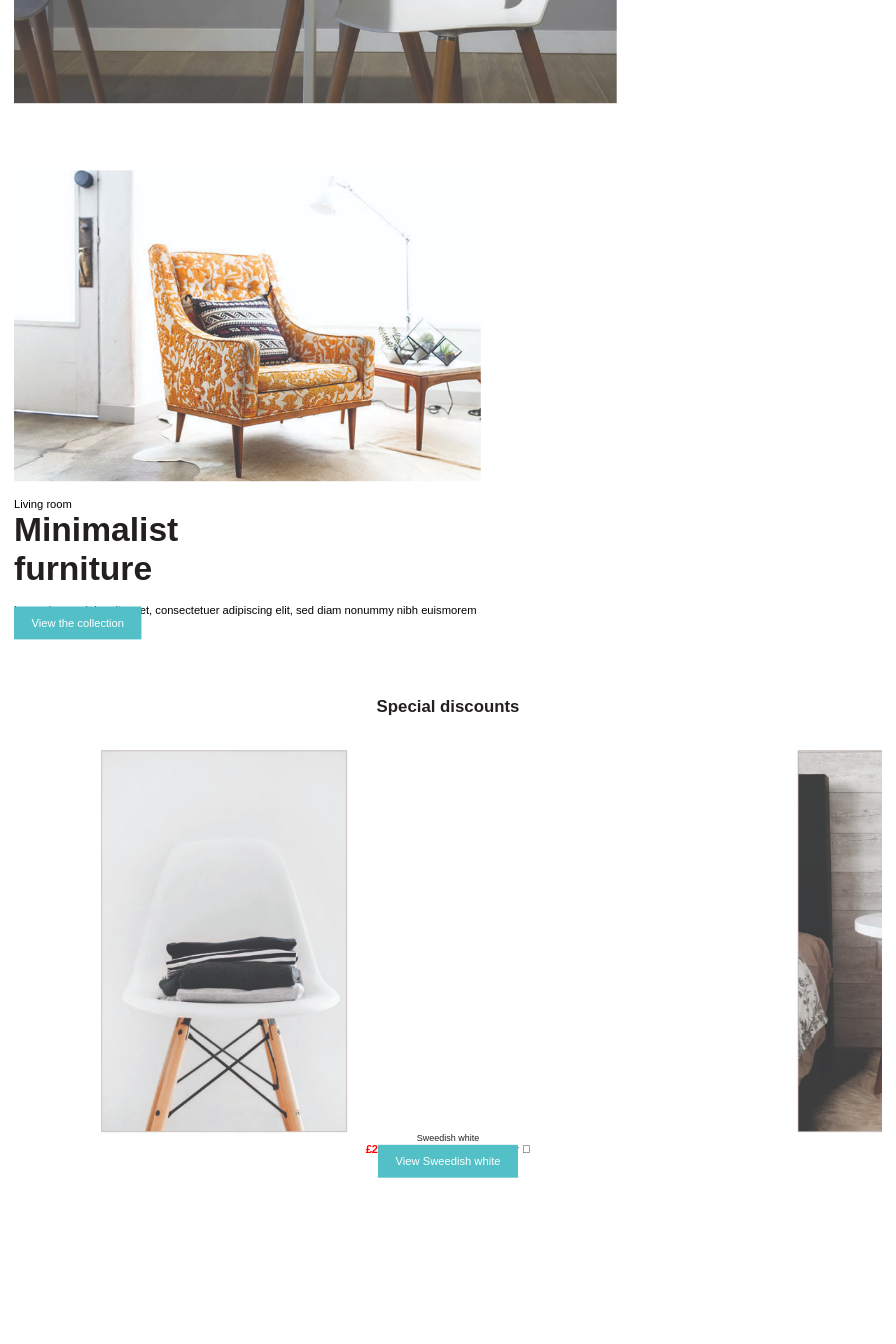
Repository: dinhhaidh/republic-web
Page: index.html
An editor plug-in stored every save of this project. The page is shown before and after a run of saves, followed by the edit.
The browser window is 1280 px wide. The pictures show the part of the page from y = 1038 to 2958 px (the page is 2958 px tall), at 70% of full size.
Some web fonts or font styles are not loaded; a fallback is used. Some web libraries are served in a nearby version.

Above is the page before, as saved 2024-01-24 19:12:26.

### index.html
<!DOCTYPE html>
<html lang="en">
<head>
    <meta charset="UTF-8">
    <meta name="viewport" content="width=device-width, initial-scale=1.0">

    <!--=============== FAVICON ===============-->
    <link rel="shortcut icon" href="assets/img/favicon.png" type="image/x-icon">

    <!--=============== REMIXICONS ===============-->
    <link rel="stylesheet" href="https://cdn.jsdelivr.net/npm/remixicon@4.1.0/fonts/remixicon.min.css">

    <link
    rel="stylesheet"
    href="https://cdn.jsdelivr.net/npm/swiper@11/swiper-bundle.min.css"
  />

    <!--=============== CSS ===============-->
    <link rel="stylesheet" href="style.css">

    <title>Responsive </title>
</head>
<body>
    <!--==================== HEADER ====================-->
    <header class="header" id="header">
        <nav class="nav container">
            <a href="#" class="nav__logo">
                <img src="./img/logo.jpg" alt="image" class="nav__img">
            </a>
            <div class="nav__menu" id="nav-menu">
                <ul class="nav__list">
                    <li class="nav__item">
                        <a href="#home" class="nav__link">Home</a>
                    </li>
                    <li class="nav__item">
                        <a href="#bedroom" class="nav__link">Bedroom</a>
                    </li>
                    <li class="nav__item">
                        <a href="#lounge" class="nav__link">Lounge</a>
                    </li>
                    <li class="nav__item">
                        <a href="#kitchen" class="nav__link">Kitchen</a>
                    </li>
                    <li class="nav__item">
                        <a href="#lighting" class="nav__link">Lighting</a>
                    </li>
                </ul>
                <div class="nav__close" id="nav-close">
                    <i class="ri-close-line"></i>
                </div>
            </div>

            <form action="" class="nav__button">
                <div class="button">
                    <input type="text" placeholder="Find something..." class="form-control">
                    <i class="ri-search-line button__search"></i>
                </div>
                <div class="shopping">
                    <i class="ri-shopping-cart-line "></i>
                    <span class="shopping__quantity">0</span>
                </div>
            </form>
            <!-- toggle -->
            <div class="nav__toggle" id="nav-toggle">
                <i class="ri-menu-line"></i>
            </div>
        </nav>
    </header>

    <!--==================== MAIN ====================-->
    <main class="main">
        <!--==================== Home  ====================-->
        <section class="home section" id="home">
            <div class="home__container container">
                <div class="home__contennt">
                    <h1 class="home__title">Premium <br> collection</h1>
                    <p class="home__desc">
                        Lorem ipsum dolor sit amet, consectetuer adipiscing elit, sed diam nonummy nibh euismorem ipsum dolor sit amet, consectetuer adipiscing elit
                    </p>
                    <h4>£2,300</h4>
                    <a href="#" class="button__link">View the collection</a>
                </div>
                <div class="home__images">
                    <img src="./img/hom1.jpg" alt="" class="home__image">
                    <div class="home__span">
                        <span><a href="">Lorem ipsum dolor sit amet</a>    £2,300</span>
                        <span><a href="#"> Consectetuer adsed diam</a>    £2,300</span>
                    </div>
                </div>
            </div>
        </section>

        <!--==================== Bedroom ====================-->
        <section class="bedroom section" id="bedroom">
            <div class="bedroom__container container grid">
                <div class="bedroom__images">
                    <img src="./img/funitire1.jpg" alt="" class="bedroom__image">
                </div>
                <div class="bedroom__contennt">
                    <span>Living room</span>
                    <div class="bedroom-brick"></div>
                    <h2 class="home__title">Minimalist <br>
                        furniture</h2>
                    <p class="bedroom__desc">
                        Lorem ipsum dolor sit amet, consectetuer adipiscing elit, sed diam nonummy nibh euismorem
                    </p>
                    <a href="#" class="button__link">View the collection</a>
                </div>

            </div>
        </section>

        <!--==================== Lounge  ====================-->
        <section class="lounge  section" id="lounge ">
            <h2 class="lounge-title">Special discounts</h2>
            <div class="lounge__container container swiper">
                <div class="swiper-wrapper">
                    <article class=" lounge__card swiper-slide">
                        <img src="./img/special1.jpg" alt="" class="lounge__img">
                        <h3>Sweedish white</h3>
                        <h4><span>£299</span> £199  |  next day delivery  </h4>
                        <a href="#" class="button__link lounge__button">View Sweedish white</a>
                    </article>
                    <article class=" lounge__card swiper-slide">
                        <img src="./img/special2.jpg" alt="" class="lounge__img">
                        <h3>Tri-post table</h3>
                        <h4><span>£299</span> £199  |  next day delivery  </h4>
                        <a href="#" class="button__link lounge__button">View Sweedish white</a>
                    </article>
                    <article class=" lounge__card swiper-slide">
                        <img src="./img/special3.jpg" alt="" class="lounge__img">
                        <h3>Pixar lamp</h3>
                        <h4><span>£299</span> £199  |  next day delivery  </h4>
                        <a href="#" class="button__link lounge__button">View Sweedish white</a>
                    </article>
                    <article class=" lounge__card swiper-slide">
                        <img src="./img/special4.jpg" alt="" class="lounge__img">
                        <h3>Sweedish white</h3>
                        <h4><span>£299</span> £199  |  next day delivery  </h4>
                        <a href="#" class="button__link lounge__button">View Sweedish white</a>
                    </article>
                </div>
            </div>
        </section>

        <!--==================== Kitchen ====================-->
        <section class="kitchen  section" id="kitchen">

        </section>

        <!--==================== Lighting ====================-->
        <section class="lighting  section" id="lighting">

        </section>
    </main>

    <!--==================== FOOTER ====================-->
    <footer class="footer">

    </footer>

    <!--========== SCROLL UP ==========-->

    <script src="https://cdn.jsdelivr.net/npm/swiper@11/swiper-bundle.min.js"></script>


    <!--=============== SCROLLREVEAL ===============-->
    <script src=""></script>

    <!--=============== JQuery ===============-->
    <script src="https://code.jquery.com/jquery-3.7.1.slim.min.js" integrity="sha256-kmHvs0B+OpCW5GVHUNjv9rOmY0IvSIRcf7zGUDTDQM8=" crossorigin="anonymous"></script>

    <!--=============== MAIN JS ===============-->
    <script src="/js/main.js"></script>
</body>
</html>

### style.css
/*=============== GOOGLE FONTS ===============*/
@import url("https://fonts.cdnfonts.com/css/source-sans-pro");

/*=============== VARIABLES CSS ===============*/
:root {
  --header-height: 3.5rem;

  /*========== Colors ==========*/
  /*Color mode HSL(hue, saturation, lightness)*/
  --first-color: hsl(28, 88%, 62%);
  --first-color-alt: hsl(28, 84%, 58%);
  --title-color: hsl(0, 0%, 95%);
  --text-color: hsl(0, 0%, 75%);
  --text-color-light: hsl(0, 0%, 65%);
  --black-color: #231f20;
  --body-color: hsl(0, 0%, 6%);
  --container-color: hsl(0, 0%, 10%);

  /*========== Font and typography ==========*/
  /*.5rem = 8px | 1rem = 16px ...*/
  --body-font: "Montserrat", sans-serif;
  --second-font: "Dancing Script", cursive;
  --biggest-font-size: 2.5rem;
  --bigger-font-size: 2rem;
  --h1-font-size: 1.5rem;
  --h2-font-size: 1.25rem;
  --h3-font-size: 1rem;
  --normal-font-size: .938rem;
  --small-font-size: .813rem;

  /*========== Font weight ==========*/
  --font-regular: 400;
  --font-semi-bold: 600;
  --font-bold: 700;

  /*========== z index ==========*/
  --z-tooltip: 10;
  --z-fixed: 100;
}

/*========== Responsive typography ==========*/
@media screen and (min-width: 1150px) {
  :root {
    --biggest-font-size: 4.375rem;
    --bigger-font-size: 3rem;
    --h1-font-size: 2.25rem;
    --h2-font-size: 1.5rem;
    --h3-font-size: 1.25rem;
    --normal-font-size: 1rem;
    --small-font-size: .875rem;
  }
}

/*=============== BASE ===============*/
* {
  box-sizing: border-box;
  padding: 0;
  margin: 0;
}

html {
  scroll-behavior: smooth;
}

body,
button {
  font-family: var(--body-font);
  font-size: var(--normal-font-size);
}

body {
  /* color: var(--text-color); */
}

button {
  border: none;
  outline: none;
}

h1, h2, h3, h4 {
  color: var(--black-color);
  font-weight: var(--font-bold);
}

ul {
  list-style: none;
}

a {
  text-decoration: none;
}

img {
  display: block;
  max-width: 100%;
  height: auto;
}

/*=============== REUSABLE CSS CLASSES ===============*/
.container {
  max-width: 1240px;
  margin-inline: 1.5rem;
}

.grid {
  display: grid;
  gap: 1.5rem;
}

.section {
  padding-block: 5rem 1rem;
}

.section__title {
  font-size: var(--bigger-font-size);
  font-family: var(--second-font);
  margin-bottom: 1.5rem;
  text-align: center;
}

.main {
  overflow: hidden; /* For animation ScrollReveal */
}

/*=============== HEADER & NAV ===============*/
.header{
  position: fixed;
  width: 100%;
  top: 0;
  left: 0;
  background-color: transparent;
  z-index: var(--z-fixed);
  transition: .4s;
}
.nav{
  position: relative;
  height: var(--header-height);
  display: flex;
  align-items: center;
  justify-content: space-between;
}
.nav__img{
  width: 100px;
  transition: .4s;
}
.nav__toggle,
.nav__close{
  cursor: pointer;
  font-size: 1.5rem;
  color: black;
}
.form-control{
  padding: 13px 40px 13px 20px;
  border-radius: 25px
}
.nav__button{
  display:flex;
  align-items: center;
  justify-content: center;
  column-gap: 1.625rem;
}
.nav__link{
  color: var(--black-color);
  font-weight: var(--font-regular);
  font-family: 'Source Sans Pro', sans-serif;
}
.button{
  display: flex;
  position: relative;
}
.button input::placeholder{
  color: var(--black-color);
}
.button__search{
  position: absolute;
  top: 0.9rem;
  right: 1rem;
}
.shopping i{
  font-size: 1.25rem;
  position: relative;
}
.shopping__quantity{
  background-color: red;
    padding: 1px 3px;
    color: #fff;
    position: absolute;
    top: 1.8rem;
    right: 0.05rem;
    border-radius: 50%;
    font-size: .7rem;
}



/* Navigation for mobile devices */
@media screen and (max-width: 1023.98px) {
  .nav__menu {
    position: fixed;
    top: 0;
    right: -100%;
    background-color: #fff;
    backdrop-filter: blur(16px);
    -webkit-backdrop-filter: blur(16px);
    width: 80%;
    height: 100%;
    padding: 6rem 3rem 0px;
    transition: right .4s;
  }
  .nav__list{
    display: flex;
    flex-direction: column;
    row-gap: 2.5rem;
  }
  .nav__link{
    color: var(--black-color);
    font-weight: var(--font-semi-bold);
    transition: color .4s;
  }
  /* .nav__link:hover{

  } */
  .nav__close{
    position: absolute;
    top: 1rem;
    right: 1.5rem;
  }
  .nav__button{
    display: none;
  }
}


/* Show menu */
.show-menu{
  right: 0;
}

/* Add blur header */
.scroll-header {
  background-color: #fff;
  box-shadow: 0 1px 4px hsla(220, 4%, 15%, .1);
}

/* Active link */


/*=============== Home ===============*/
.home{
  padding-top: 5rem;
}
.home__container{
  display: flex;
  flex-direction: column;
  row-gap: 3rem;
}
.home__title{
  font-size: var(--bigger-font-size);
  margin-bottom: 1.5rem;
}
.home__desc{
  font-weight: var(--font-regular);
  color: var(--black-color);
  line-height: 1.5;
  margin-bottom: var(--h2-font-size);
}
.home h4{
  font-size: var(--h1-font-size);
  margin-bottom: var(--bigger-font-size);
}
.button__link{
  background-color: #53c0c7;
  padding: 15px 25px;
  color: #fff;
  font-weight: 400;
}
.home__span span:nth-child(1){
  position: absolute;
  right: 1rem;
  top: 1rem;
  color: #fff;
}
.home__span span:nth-child(2){
  right: 1rem;
  position: absolute;
  top: 2rem;
  color: #fff;
}
.home__span span a{
  color: #fff;
}
.home__images{
  position: relative;
}
.home__image{

}

/*=============== BUTTON ===============*/


/*=============== Bedroom ===============*/


/*=============== Lounge  ===============*/
.lounge{

}


.lounge-title{
  display:flex;
  align-items: center;
  justify-content: center;
}
.lounge__container{
  margin-top: var(--bigger-font-size);
  height: 640px;
}

.lounge h3{
  font-size: 0.8rem;
  font-weight: 400;
}

.swiper-wrapper{

}
.lounge__card{
  text-align: center;
  width: 80%;
}
.lounge__card span{
  color: red;
}
.swiper-slide{

}

.lounge h4
.lounge h4{
  margin-top: 1.3rem;
  margin-bottom: var(--h2-font-size);
  font-size: 1rem;
  font-weight: 400;
}
.button__link{

}
.lounge__button{

}

/*=============== Kitchen  ===============*/

/*=============== Lighting  ===============*/



/*=============== FOOTER ===============*/


/*=============== SCROLL BAR ===============*/


/*=============== SCROLL UP ===============*/


/* Show Scroll Up */


/*=============== BREAKPOINTS ===============*/
/* For small devices */
@media screen and (min-width: 1024px){
  .nav{
    height: calc(var(--header-height) + 2rem)
  }
  .nav__toggle,
  .nav__close{
    display: none;
  }
  .nav__list{
    display: flex;
    flex-wrap: nowrap;
    column-gap: 4rem;
  }
}
@media screen and (min-width: 1150px) {
  .container{
    margin-inline: auto;
  }


}

/* For medium devices */


/* For large devices */

### js/main.js
$(document).ready(function () {
  $("#nav-toggle").click(function () {
    $("#nav-menu").addClass("show-menu");
  });
  $("#nav-close").click(function () {
    $("#nav-menu").removeClass("show-menu");
  });
  $(window).scroll(function () {
    $("#header").toggleClass("scroll-header", $(this).scrollTop() >= 50);
  });
});
/*=============== SWIPER PRODUCTS ===============*/
var swiperLounge = new Swiper(".lounge__container", {
  // luot lien tuc
    spaceBetween: 32,
    grabCursor: true,
    centeredSlides: true,
    slidesPerView: "auto",
    loop: true,
    ////
    navigator: {
    nextEl: ".swiper-button-next",
    prevEl: ".swiper-button-prev",
    },

  // lích thước resposive
    breakpoints: {
        1240: {
        spaceBetween: 3,
      },
        1240: {
        spaceBetween: 3,
      },
        450: {
        spaceBetween: 1,
      },
    },

  //
});

// var swiper = new Swiper(".lounge__container", {
//   // luot lien tuc
//     spaceBetween: 32,
//     grabCursor: true,
//     centeredSlides: true,
//     slidesPerView: "auto",
//     loop: true,

  // slidesPerView: 3,
  // spaceBetween: 30,
  // freeMode: true,
  // pagination: {
  //   el: ".swiper-pagination",
  //   clickable: true,
  // },

//   slidesPerView: 3,
//   spaceBetween: 30,
//   centeredSlides: true,
//   pagination: {
//     el: ".swiper-pagination",
//     clickable: true,
//   },
// });

After the next 2 saves:
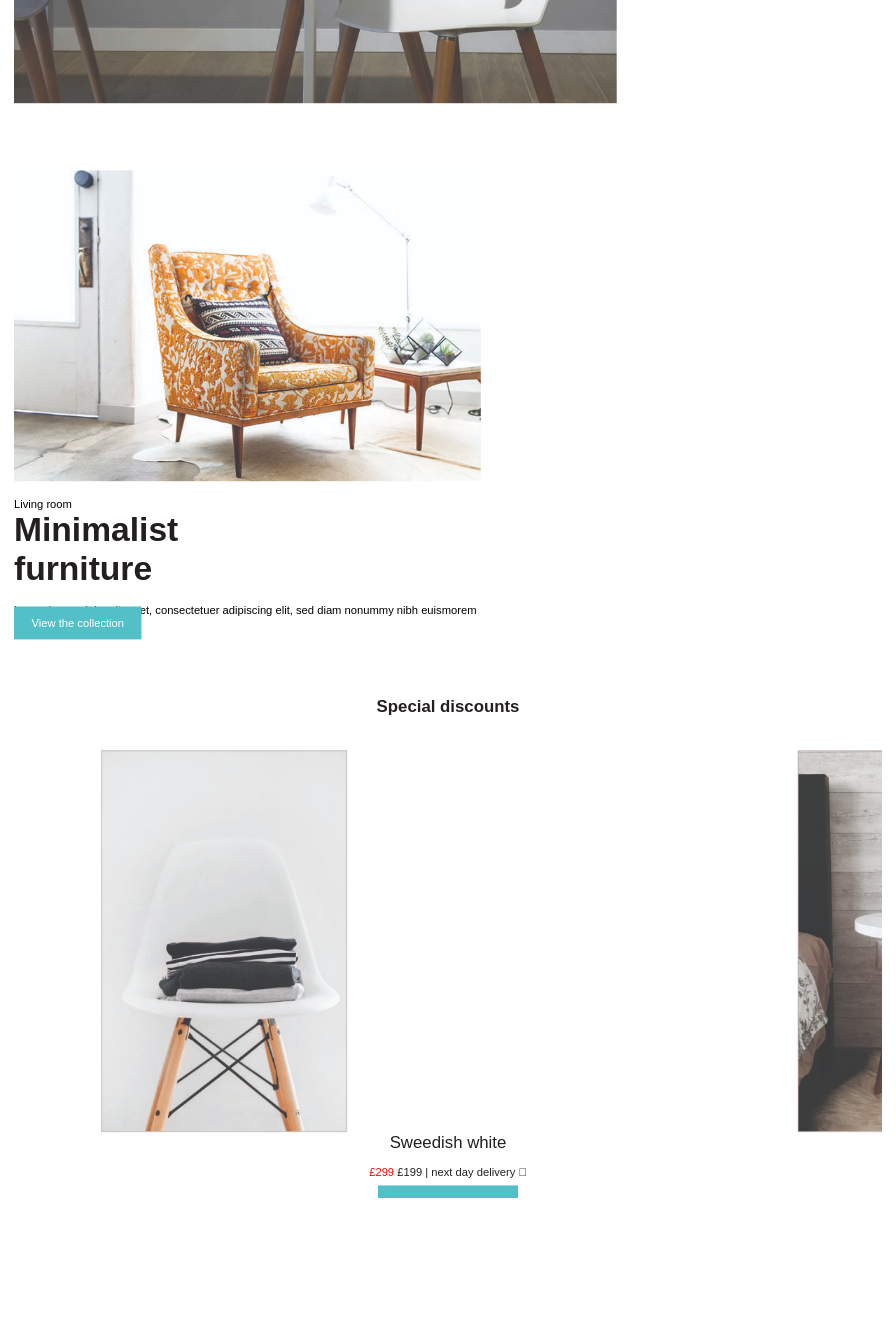
The 2 saves are shown as one change because they came seconds apart.
The last was saved 10 s later.
--- a/style.css
+++ b/style.css
@@ -337,7 +337,9 @@ img {
 
 }
 
-.lounge h4
+.lounge h3{
+  font-size: 1.5rem;
+}
 .lounge h4{
   margin-top: 1.3rem;
   margin-bottom: var(--h2-font-size);
